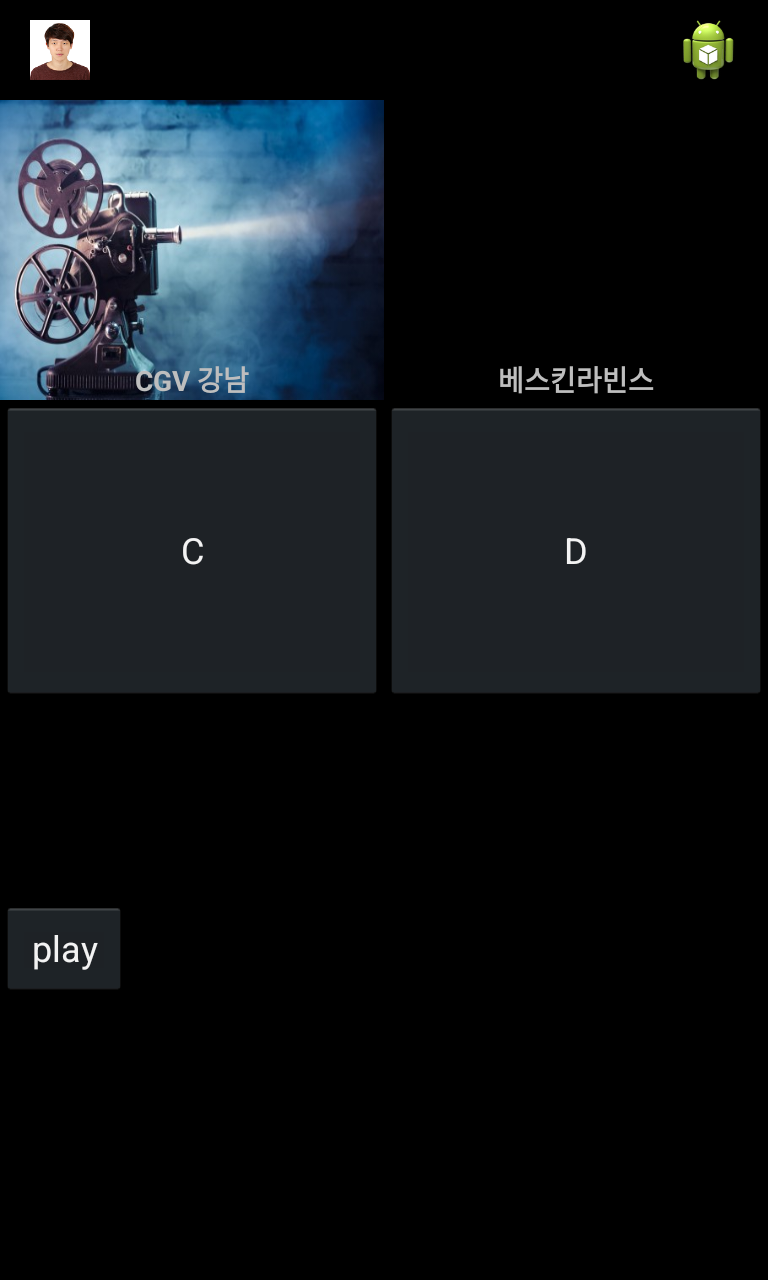
Repository: Minsu-Daniel-Kim/tipinboard1.0
Layout: TipinBoard1.0/res/layout/activity_main.xml
An editor plug-in stored every save of this project. The layout is shown before and after the next save, followed by the edit.
It is drawn on a 768 x 1280 px phone screen (xhdpi) without system bars, with theme android:Theme.Holo; the app's code is not run.

Above is the layout before, as saved 2013-04-15 14:12:52.

After the next save:
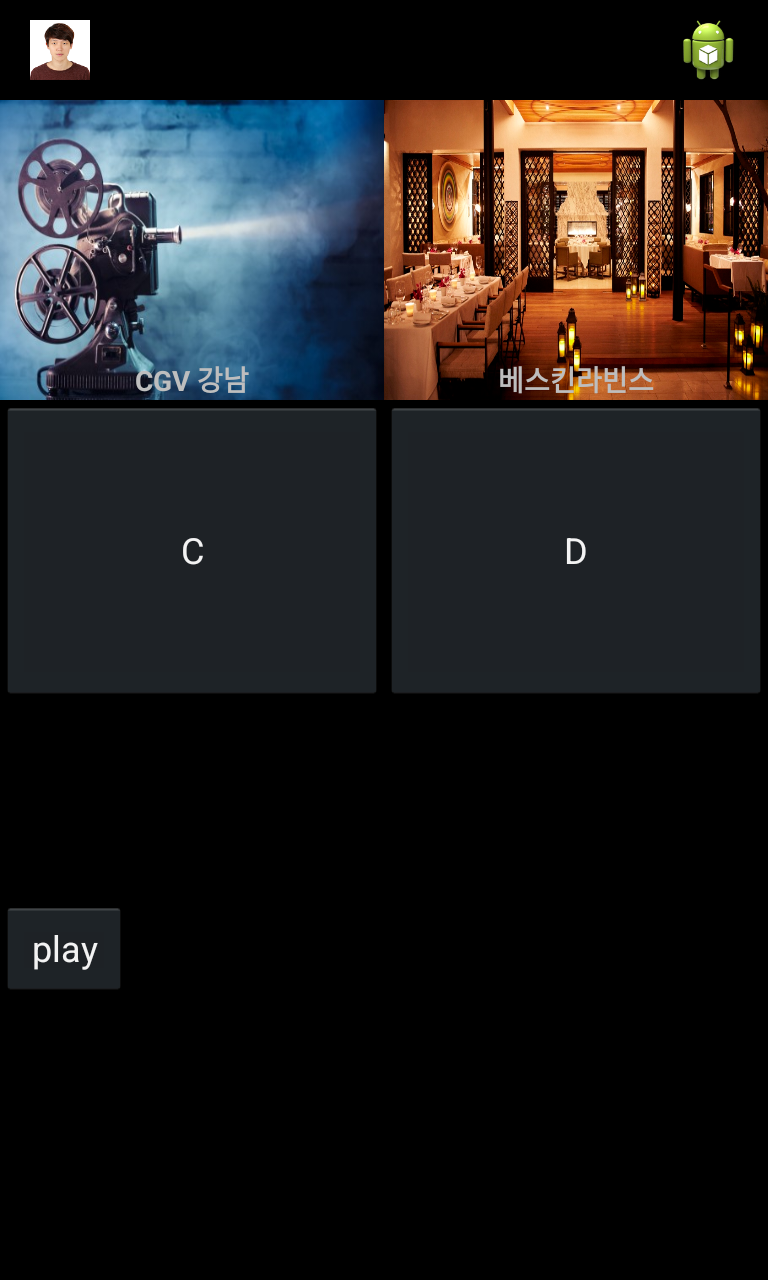
Saved 16 s later.
--- a/TipinBoard1.0/res/layout/activity_main.xml
+++ b/TipinBoard1.0/res/layout/activity_main.xml
@@ -73,6 +73,7 @@
         <RelativeLayout
             android:id="@+id/button1"
             android:layout_width="0dp"
+             android:background="@drawable/restaurant"
             android:layout_height="150dp"
             android:layout_weight="1"
             android:onClick="detail" >
